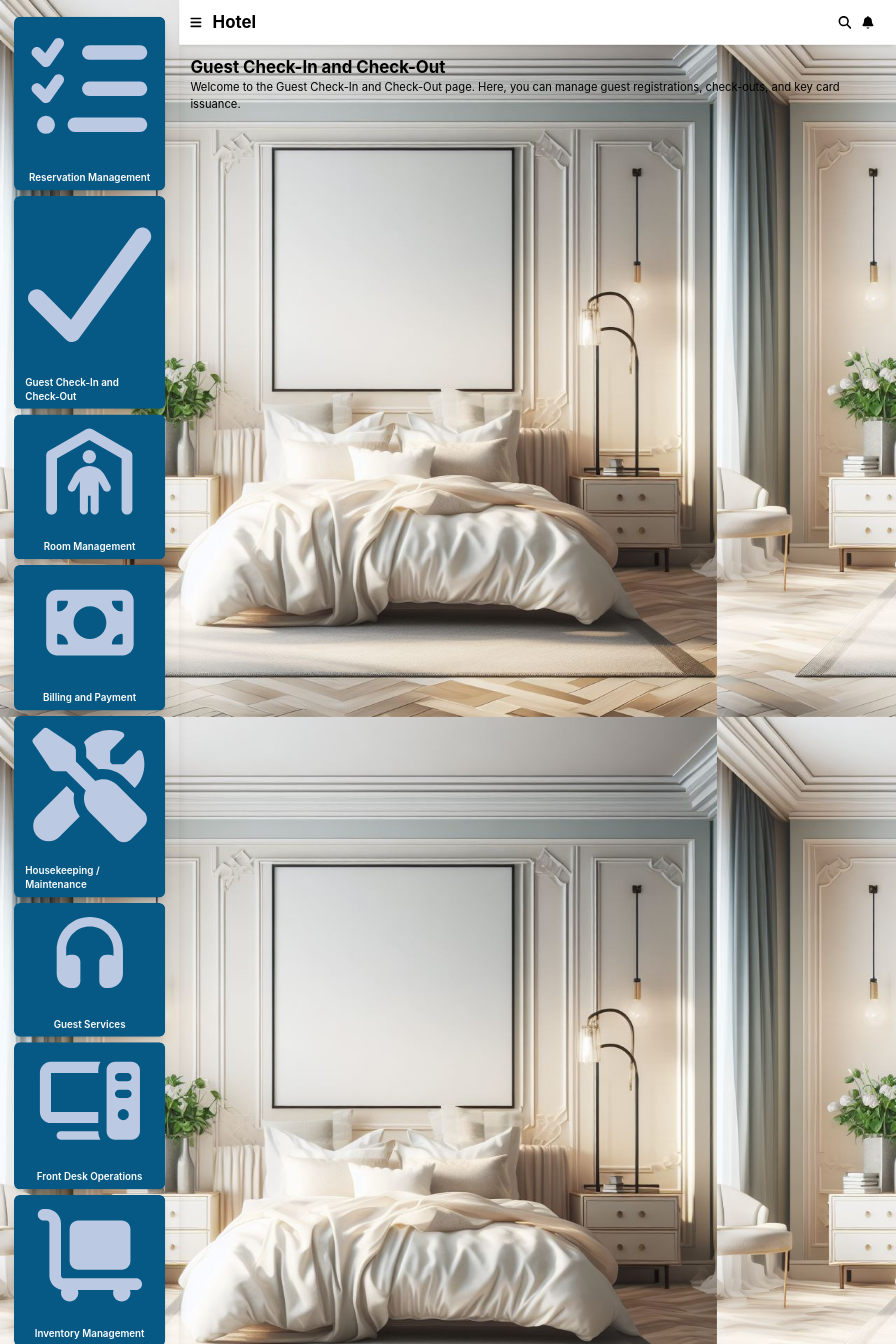
Repository: musabismael/Hotel
Page: /guestCheckInOut
An editor plug-in stored every save of this project. The page is shown before and after the next save, followed by the edit.
The browser window is 1280 px wide. The pictures show the part of the page from y = 0 to 1920 px (the page is 3016 px tall), at 70% of full size.
The project was rebuilt for these pictures with package versions that can differ from the ones it lists, and the page was loaded fresh each time. Also part of the build but not shown: vite.config.js, src/App.css, src/pages/ReservationManagement.jsx, src/pages/RoomManagement.jsx, src/pages/BillingPayment.jsx, src/pages/HousekeepingMaintenance.jsx, src/pages/GuestServices.jsx, src/pages/FrontDeskOperations.jsx and 5 more.

Above is the page before, as saved 2023-10-01 17:11:54.

### index.html
<!doctype html>
<html lang="en">
  <head>
    <meta charset="UTF-8" />
    <link rel="icon" type="image/svg+xml" href="/vite.svg" />
    <meta name="viewport" content="width=device-width, initial-scale=1.0" />
    <title>Hotel</title>
  </head>
  <body>
    <div id="root"></div>
    <script type="module" src="/src/main.jsx"></script>
  </body>
</html>

### src/App.jsx
import "./App.css";
import { createBrowserRouter } from "react-router-dom";
import { RouterProvider } from "react-router";
import LandingPageLayout from "./layouts/LandingPageLayout";
import ReservationManagement from "./pages/ReservationManagement";
import GuestCheckInOut from "./pages/GuestCheckInOut";
import RoomManagement from "./pages/RoomManagement";
import BillingPayment from "./pages/BillingPayment";
import HousekeepingMaintenance from "./pages/HousekeepingMaintenance";
import GuestServices from "./pages/GuestServices";
import FrontDeskOperations from "./pages/FrontDeskOperations";
import InventoryManagement from "./pages/InventoryManagement";
import ReportingAnalytics from "./pages/ReportingAnalytics";
import SecurityAccessControl from "./pages/SecurityAccessControl";
import PointOfSale from "./pages/PointOfSale";
import CRM from "./pages/CRM"; // Import the CRM component
const router = createBrowserRouter([
  {
    path: "/",
    element: <LandingPageLayout />,
    children: [
      {
        path: "/reservation_management",
        element: <ReservationManagement />,
      },
      {
        path: "/guestCheckInOut",
        element: <GuestCheckInOut />,
      },
      {
        path: "/billing_and_payment",
        element: <BillingPayment />,
      },
      {
        path: "/room_management",
        element: <RoomManagement />,
      },
      {
        path: "/housekeeping_maintenance",
        element: <HousekeepingMaintenance />,
      },
      {
        path: "/guest_services",
        element: <GuestServices />,
      }, {
        path: "/desk_operations",
        element: <FrontDeskOperations />,
      }, {
        path: "/security_control",
        element: <SecurityAccessControl />,
      },
      {
        path: "/reporting_and_analytics",
        element: <ReportingAnalytics />,
      }, {
        path: "/inventory_management",
        element: <InventoryManagement />,
      },
      {
        path: "/pos",
        element: <PointOfSale />,
      },
      {
        path: "/crm",
        element: <CRM />,
      },
    ],
  },
]);

const App = () => <RouterProvider router={router} />;
export default App;

### src/index.css
@tailwind base;
@tailwind components;
@tailwind utilities;

:root {
  font-family: Inter, system-ui, Avenir, Helvetica, Arial, sans-serif;
  line-height: 1.5;
  font-weight: 400;
  background-image: url("cover.jpeg"), url("cover.jpeg");
  background-color:#397398;

  font-synthesis: none;
  text-rendering: optimizeLegibility;
  -webkit-font-smoothing: antialiased;
  -moz-osx-font-smoothing: grayscale;
  -webkit-text-size-adjust: 100%;
}

### src/layouts/LandingPageLayout.jsx
import { Outlet } from "react-router";
import Header from "../component/Header";
import Sidebar from "../component/Sidebar";
const LandingPageLayout = () => {
  return (
    <div className="flex #3d7c9f">
      <Sidebar />

      <div className="flex-1">
        <Header />
        <main className="p-4">
          <Outlet />
        </main>
      </div>
    </div>
  );
};

export default LandingPageLayout;

### src/pages/GuestCheckInOut.jsx
// GuestCheckInOut.js


function GuestCheckInOut() {
  return (
    <div>
      <h2 className="text-2xl font-bold">Guest Check-In and Check-Out</h2>
      <p>
        Welcome to the Guest Check-In and Check-Out page. Here, you can
        manage guest registrations, check-outs, and key card issuance.
      </p>
      {/* Add specific content and functionality for this page */}
    </div>
  );
}

export default GuestCheckInOut;

### src/component/Header.jsx
import { FontAwesomeIcon } from "@fortawesome/react-fontawesome";
import { faBars, faBell, faSearch } from "@fortawesome/free-solid-svg-icons";

function Header() {
  return (
    <header className="bg-white shadow-md p-4 flex justify-between items-center sticky top-0 w-full ">
      <div className="flex items-center">
        <FontAwesomeIcon
          icon={faBars}
          className="text-black mr-4 text-lg color"
        />
        <h1 className="text-2xl font-bold text-black">Hotel</h1>
      </div>
      <div className="flex items-center">
        <FontAwesomeIcon icon={faSearch} className="text-black text-lg mr-4" />
        <FontAwesomeIcon icon={faBell} className="text-black text-lg mr-4" />

        {/* Add other icons or elements on the right side here */}
      </div>
    </header>
  );
}

export default Header;

### src/component/Sidebar.jsx
import Card from "./Card";
import {
  faPersonShelter,
  faListCheck,
  faCheck,
  faMoneyBill,
  faScrewdriverWrench,
  faHeadphones,
  faComputer,
  faCartFlatbed,
  faPersonMilitaryPointing,
  faChartBar,
  faKey,
  faBookmark

} from "@fortawesome/free-solid-svg-icons";

const Sidebar = () => {
  const cardData = [
    {
      id: 1,
      title: "Reservation Management",
      description:
        "Online booking, availability calendar, and booking modification.",
      icon: faListCheck,
      link: "/reservation_management",
    },
    {
      id: 2,
      title: "Guest Check-In and Check-Out",
      description: "Guest registration, check-out, and key card issuance.",
      icon: faCheck,
      link: "/GuestCheckInOut",
    },
    {
      id: 3,
      title: "Room Management",
      description: "Room assignment, status updates, and inventory tracking.",
      icon: faPersonShelter,
      link: "/room_Management",
    },
    {
      id: 4,
      title: "Billing and Payment",
      description: "Invoicing, payment processing, and split billing.",
      icon: faMoneyBill,
      link: "/billing_and_payment",
    },
    {
      id: 5,
      title: "Housekeeping / Maintenance",
      description:
        "Housekeeping schedule, maintenance requests, and inventory management.",
      icon: faScrewdriverWrench,
      link: "/housekeeping_maintenance",
    },
    {
      id: 6,
      title: "Guest Services",
      description:
        "Concierge services, room service, wake-up calls, and laundry services.",
      icon: faHeadphones,
      link: "/guest_services",
    },
    {
      id: 7,
      title: "Front Desk Operations",
      description: "Guest inquiries, check-in/out, and guest profile access.",
      icon: faComputer,
      link: "/desk_operations",
    },
    {
      id: 8,
      title: "Inventory Management",
      description: "Managing hotel supplies and amenities.",
      icon: faCartFlatbed,
      link: "/inventory_management",
    },
    {
      id: 9,
      title: "Reporting and Analytics",
      description: "Generate reports on occupancy, revenue, and key metrics.",
      icon: faChartBar,
      link: "/reporting_and_analytics",
    },

    {
      id: 10,
      title: "Security and Access Control",
      description: "Surveillance camera integration and access control.",
      icon: faKey,
      link: "/security_control",
    },
    {
      id: 11,
      title: "Point of Sale (POS)",
      description:
        "Integration with on-site restaurants, bars, and gift shops.",
      icon: faBookmark,
      link: "/pos",
    },

    {
      id: 12,
      title: "Customer Relationship Management (CRM)",
      description: "Guest profiles, preferences, and loyalty programs.",
      icon: faPersonMilitaryPointing,
      link: "/crm",
    },

    // Add more service/feature objects here
  ];

  const handleCardClick = (id) => {
    console.log(`Card with ID ${id} clicked`);
  };
  return (
    <aside className="bg-white-700  w-1/5 min-h-screen p-4 mt-auto shadow-lg">
      <nav>
        {cardData.map((card) => (
          <Card
            key={card.id}
            link={card.link}
            icon={card.icon}
            title={card.title}
            onClick={() => handleCardClick(card.id)}
          />
        ))}
      </nav>
    </aside>
  );
};

export default Sidebar;

### src/component/Card.jsx
import { Link } from "react-router-dom";
import { FontAwesomeIcon } from "@fortawesome/react-fontawesome";
function Card({ link, icon, title, onClick }) {
  console.log(icon);
  return (
    <div
      className="max-w-sm  mx-1 my-2 cursor-pointer shadow-lg rounded-lg overflow-hidden hover:shadow-xl transition duration-300 transform hover:scale-105"
      onClick={onClick}
    >
      <div className="bg-sky-800 rounded-lg overflow-hidden shadow-lg flex flex-col items-center justify-center">
        <Link to={link} className="text-blue-600 hover:text-blue-800">

          <FontAwesomeIcon
            icon={icon}
            size="2xs"
            className=" w-auto p-5 h-auto object-cover"
            style={{color: "#bbc9e2",}}
          />

          <div className="px-4 py-2 items-center">
            <h3 className=" text-white text-sm  flex flex-col text-ellipsis items-center font-semibold">
              {title}
            </h3>
            {/* Add more content or description here if needed */}
          </div>
        </Link>
      </div>
    </div>
  );
}

export default Card;

### tailwind.config.js
/** @type {import('tailwindcss').Config} */
export default {
  content: [
    "./index.html",
    "./src/**/*.{js,ts,jsx,tsx}",
  ],
  theme: {
    extend: {
      fontFamily: {
        'custom': ['CustomFont', 'sans'],
      },
      textColor: {
        'custom': '#333333', // Custom text color
      },
    },
  },
  plugins: [],
}

Loaded but not shown: src/main.jsx (common file)

After the next save:
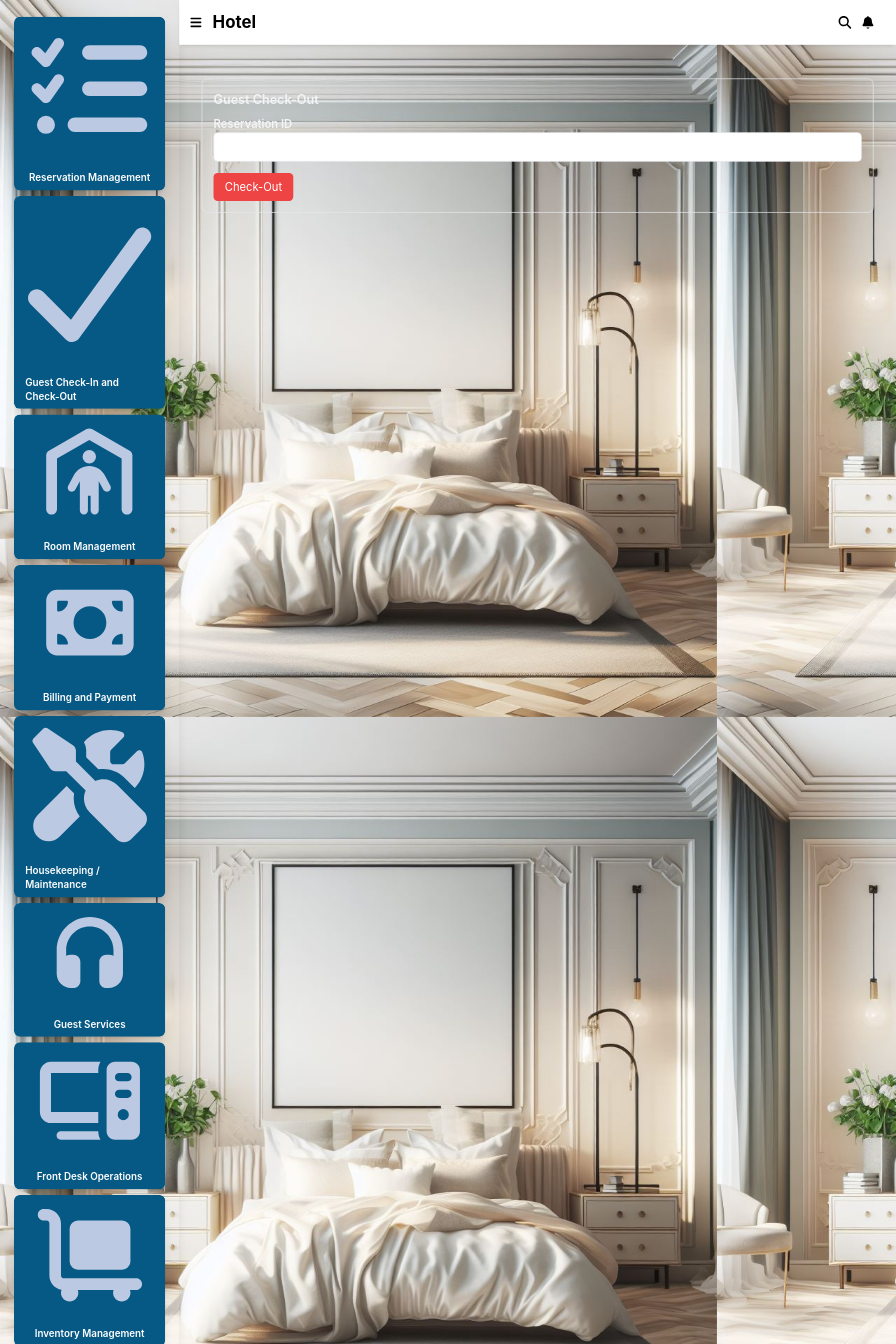
Saved 4 min 23 s later.
--- a/src/pages/GuestCheckInOut.jsx
+++ b/src/pages/GuestCheckInOut.jsx
@@ -1,17 +1,71 @@
-// GuestCheckInOut.js
+import React, { useState } from 'react';
 
+const GuestCheckOut = () => {
+  const [reservationId, setReservationId] = useState('');
+  const [isCheckedOut, setIsCheckedOut] = useState(false);
+  const [reservationData, setReservationData] = useState(null);
+  const [error, setError] = useState('');
 
-function GuestCheckInOut() {
+  const handleCheckOut = () => {
+    // Simulate a check-out process here (replace with actual logic)
+    const foundReservation = findCheckedInReservationById(reservationId);
+
+    if (foundReservation) {
+      // Update the reservation status to "Checked-Out"
+      foundReservation.status = 'Checked-Out';
+      setReservationData(foundReservation);
+      setIsCheckedOut(true);
+      setError('');
+    } else {
+      setError('Reservation not found or is not checked in.');
+    }
+  };
+
+  const findCheckedInReservationById = (id) => {
+    // Replace this with a function to search for checked-in reservations in your data
+    const reservations = [
+      // Sample reservations data
+      { id: '123', name: 'John Doe', status: 'Checked-In' },
+      { id: '456', name: 'Jane Smith', status: 'Pending' },
+    ];
+
+    return reservations.find((reservation) => reservation.id === id && reservation.status === 'Checked-In');
+  };
+
   return (
-    <div>
-      <h2 className="text-2xl font-bold">Guest Check-In and Check-Out</h2>
-      <p>
-        Welcome to the Guest Check-In and Check-Out page. Here, you can
-        manage guest registrations, check-outs, and key card issuance.
-      </p>
-      {/* Add specific content and functionality for this page */}
+    <div className="container mx-auto p-4">
+      <div className="my-4 p-4 border rounded-lg">
+        <h2 className="text-lg text-gray-100 font-semibold">Guest Check-Out</h2>
+        <form onSubmit={handleCheckOut} className="mt-2">
+          <div className="mb-4">
+            <label htmlFor="reservationId" className="block text-gray-100 font-semibold">
+              Reservation ID
+            </label>
+            <input
+              type="text"
+              id="reservationId"
+              className="w-full border rounded-md py-2 px-3"
+              value={reservationId}
+              onChange={(e) => setReservationId(e.target.value)}
+            />
+          </div>
+          <button type="submit" className="bg-red-500 text-white py-2 px-4 rounded-md">
+            Check-Out
+          </button>
+        </form>
+        {error && <p className="text-red-500 mt-2">{error}</p>}
+        {isCheckedOut && (
+          <div className="mt-4">
+            <p className="text-red-500">
+              Guest {reservationData.name} has been successfully checked out.
+            </p>
+            <p>Check-Out Date: {new Date().toLocaleString()}</p>
+            {/* Additional charges, payment, receipt, and feedback form can be added here */}
+          </div>
+        )}
+      </div>
     </div>
   );
-}
+};
 
-export default GuestCheckInOut;
+export default GuestCheckOut;
